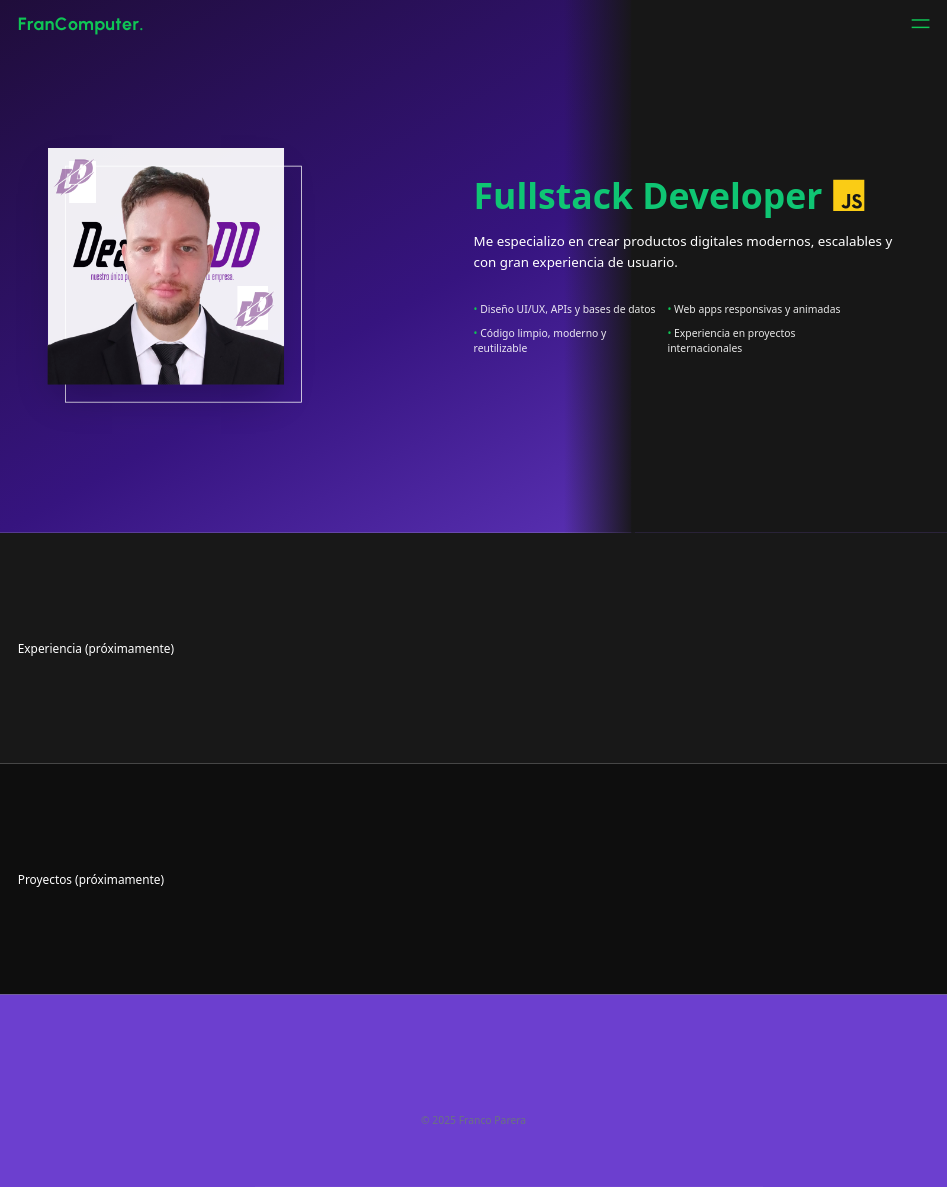
Repository: francoluca35/portfolio-franco-dev
Page: /
These files come from the project's save history. The page is drawn as it stood at one moment and after the next save; the edit follows.
The browser window is 1280 px wide. The pictures show the whole page, at 74% of full size.
The project was rebuilt for these pictures with package versions that can differ from the ones it lists, and the page was loaded fresh each time. The framework's server and built-in components were replaced by stand-ins that run in the browser. Also part of the build but not shown: next.config.js.

Above is the page before, as saved 2025-05-06 02:28:37.

After the next save:
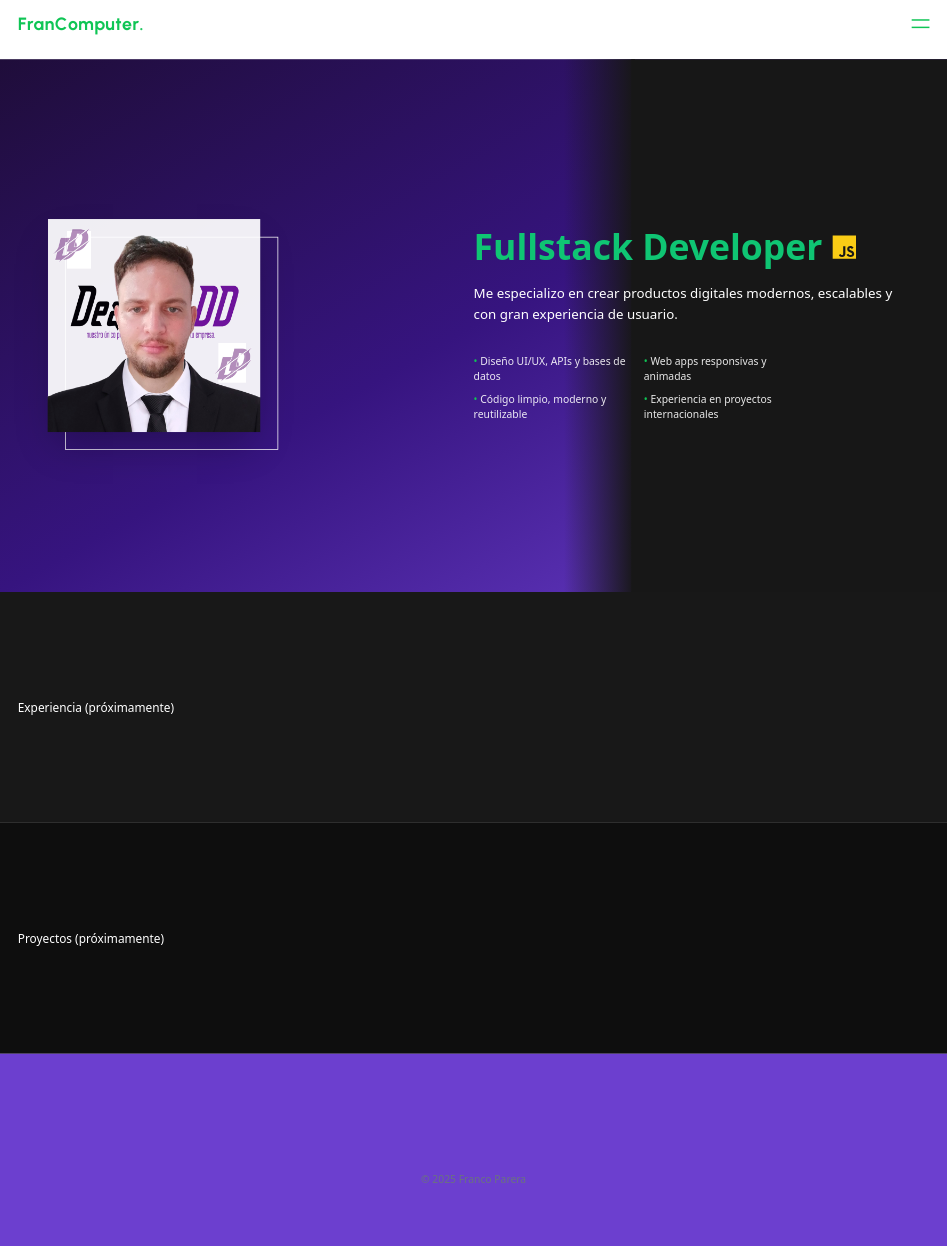
Saved 71 s later.
--- a/components/Hero.jsx
+++ b/components/Hero.jsx
@@ -7,7 +7,7 @@ export default function Hero() {
   return (
     <section
       aria-label="Presentación de Franco Parera como Fullstack Developer"
-      className="-mt-20 relative w-full min-h-screen text-white flex items-center justify-center sm:px-12 py-20 bg-gradient-to-br from-[#1f0d3a] via-[#36147f] to-[#6C3FCF]"
+      className="relative w-full min-h-screen bg-gradient-to-br from-[#1f0d3a] via-[#36147f] to-[#6C3FCF] text-white px-4 sm:px-12 py-20 flex items-center justify-center"
     >
       {/* Fondo negro a la derecha */}
       <div className="hidden md:block absolute top-0 right-0 w-1/3 h-full bg-[#171717] z-0" />
@@ -16,7 +16,7 @@ export default function Hero() {
       <div className="hidden md:block absolute top-0 right-[33%] w-24 h-full bg-gradient-to-r from-transparent to-[#171717] z-10" />
 
       {/* Contenido */}
-      <div className="relative z-20 max-w-6xl w-full flex flex-col items-center md:flex-row md:items-center md:justify-between gap-10 md:gap-0">
+      <div className="relative z-20 max-w-6xl w-full flex flex-col md:flex-row items-center md:items-center md:justify-between gap-10">
         {/* Imagen */}
         <motion.div
           initial={{ opacity: 0, scale: 0.95 }}
@@ -24,8 +24,8 @@ export default function Hero() {
           transition={{ duration: 0.6 }}
           className="relative flex justify-center"
         >
-          <div className="absolute top-6 left-6 w-60 h-60 md:w-80 md:h-80 border border-white z-0" />
-          <div className="relative w-70 h-70 md:w-80 md:h-80 shadow-2xl overflow-hidden z-10">
+          <div className="absolute top-6 left-6 w-60 h-60 sm:w-72 sm:h-72 border border-white z-0" />
+          <div className="relative w-60 h-60 sm:w-72 sm:h-72 shadow-2xl overflow-hidden z-10">
             <Image
               src="/assets/yo-franco.png"
               alt="Franco Parera - desarrollador fullstack"
@@ -42,10 +42,10 @@ export default function Hero() {
             initial={{ opacity: 0, y: 20 }}
             animate={{ opacity: 1, y: 0 }}
             transition={{ duration: 0.6 }}
-            className="text-4xl sm:text-5xl font-extrabold text-[#0fc573] flex items-center gap-3"
+            className="text-3xl sm:text-4xl md:text-5xl font-extrabold text-[#0fc573] flex justify-center md:justify-start items-center gap-3 flex-wrap"
           >
             Fullstack Developer
-            <FaJs className="text-4xl sm:text-5xl text-yellow-400" />
+            <FaJs className="text-yellow-400 text-3xl md:text-4xl" />
           </motion.h1>
 
           <motion.p
@@ -62,8 +62,8 @@ export default function Hero() {
           <motion.div
             initial={{ opacity: 0, y: 20 }}
             animate={{ opacity: 1, y: 0 }}
-            transition={{ delay: 0.2, duration: 0.6 }}
-            className="grid grid-cols-1 sm:grid-cols-2 gap-3 text-sm text-white/90 max-w-lg mx-auto md:mx-0 pt-4"
+            transition={{ delay: 0.3, duration: 0.6 }}
+            className="grid grid-cols-1 sm:grid-cols-2 gap-3 text-sm text-white/90 max-w-md mx-auto md:mx-0 pt-4"
           >
             <p>
               <span className="text-[#0fc555]">•</span> Diseño UI/UX, APIs y
